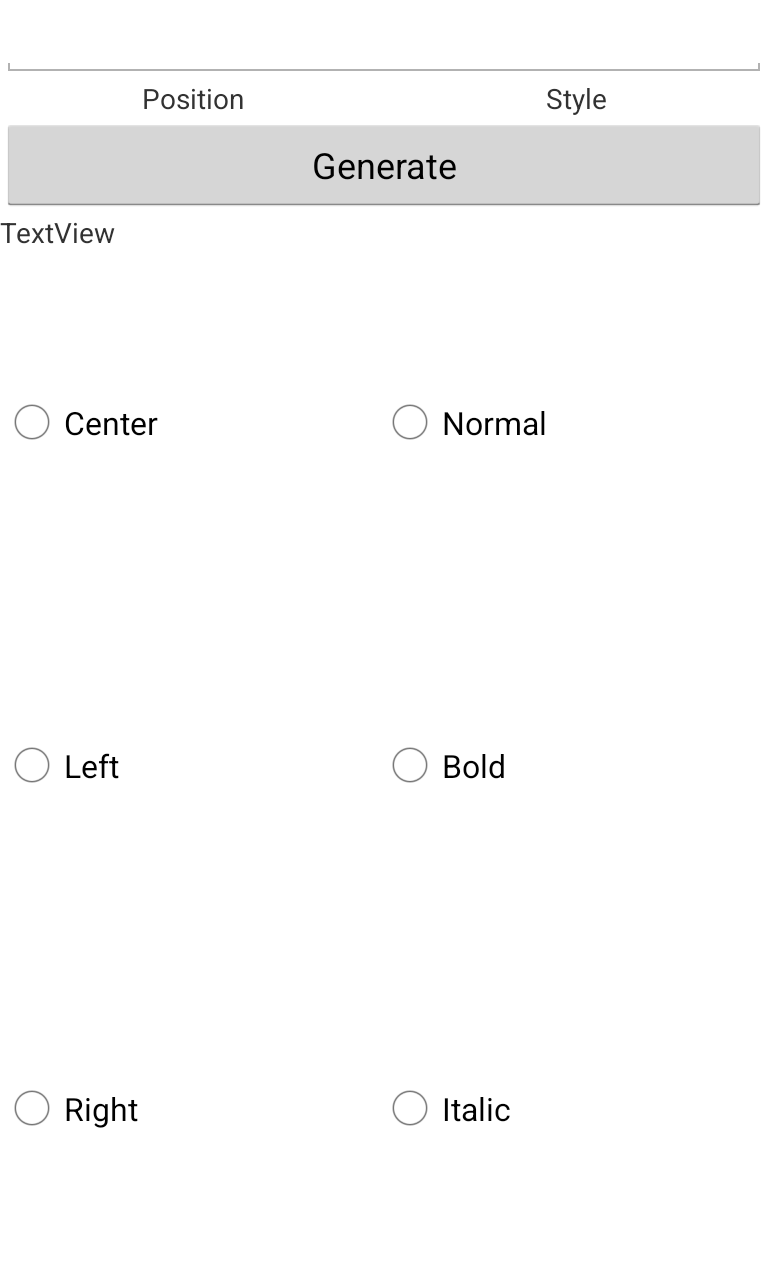
Repository: IgnacioRV/AndroidDev
Layout: ProjectYasuo/res/layout/adv_screen.xml
The author's editor kept a copy of each file at every save. The layout is drawn from the files as they stood at one save, then again after the next save.
It is drawn on a 768 x 1280 px phone screen (xhdpi) without system bars, with theme AppTheme; the app's code is not run.

Above is the layout before, as saved 2016-01-27 10:25:23.

### ProjectYasuo/res/layout/adv_screen.xml
<?xml version="1.0" encoding="utf-8"?>
<LinearLayout xmlns:android="http://schemas.android.com/apk/res/android"
    android:layout_width="match_parent"
    android:layout_height="match_parent"
    android:layout_marginTop="20dp"
    android:orientation="vertical" >

    <EditText
        android:id="@+id/editText1"
        android:layout_width="match_parent"
        android:layout_height="wrap_content"
        android:text=" " />

    <LinearLayout
        android:layout_width="match_parent"
        android:layout_height="wrap_content"
        android:orientation="horizontal"
        android:weightSum="2" >

        <TextView
            android:id="@+id/textView2"
            android:layout_width="fill_parent"
            android:layout_height="wrap_content"
            android:layout_weight="1"
            android:gravity="center"
            android:text="Position" />

        <TextView
            android:id="@+id/textView1"
            android:layout_width="fill_parent"
            android:layout_height="wrap_content"
            android:layout_weight="1"
            android:gravity="center"
            android:text="Style" />
    </LinearLayout>

    <Button
        android:id="@+id/bGen"
        android:layout_width="match_parent"
        android:layout_height="wrap_content"
        android:text="Generate" />

    <TextView
        android:id="@+id/tvNew"
        android:layout_width="match_parent"
        android:layout_height="wrap_content"
        android:text="TextView" />

    <LinearLayout
        android:layout_width="match_parent"
        android:layout_height="fill_parent"
        android:orientation="horizontal"
        android:weightSum="2" >

        <RadioGroup
            android:layout_width="wrap_content"
            android:layout_height="fill_parent"
            android:layout_weight="1"
            android:orientation="vertical"
            android:id="@+id/rg">

            <RadioButton
                android:id="@+id/rbCenter"
                android:layout_width="wrap_content"
                android:layout_height="fill_parent"
                android:layout_weight="1"
                android:text="Center" />

            <RadioButton
                android:id="@+id/rbLeft"
                android:layout_width="wrap_content"
                android:layout_height="fill_parent"
                android:layout_weight="1"
                android:text="Left" />

            <RadioButton
                android:id="@+id/rbRight"
                android:layout_width="wrap_content"
                android:layout_height="fill_parent"
                android:layout_weight="1"
                android:text="Right" />
        </RadioGroup>

        <RadioGroup
            android:layout_width="wrap_content"
            android:layout_height="fill_parent"
            android:layout_weight="1"
            android:orientation="vertical"
            android:id="@+id/rs" >

            <RadioButton
                android:id="@+id/rbNormal"
                android:layout_width="wrap_content"
                android:layout_height="fill_parent"
                android:layout_weight="1"
                android:text="Normal" />

            <RadioButton
                android:id="@+id/rbBold"
                android:layout_width="wrap_content"
                android:layout_height="fill_parent"
                android:layout_weight="1"
                android:text="Bold" />

            <RadioButton
                android:id="@+id/rbItalic"
                android:layout_width="wrap_content"
                android:layout_height="fill_parent"
                android:layout_weight="1"
                android:text="Italic" />
        </RadioGroup>
    </LinearLayout>



</LinearLayout>

Loaded but not shown: ProjectYasuo/res/values/styles.xml (common file); ProjectYasuo/res/values-v11/styles.xml (common file); ProjectYasuo/res/values-v14/styles.xml (common file)

After the next save:
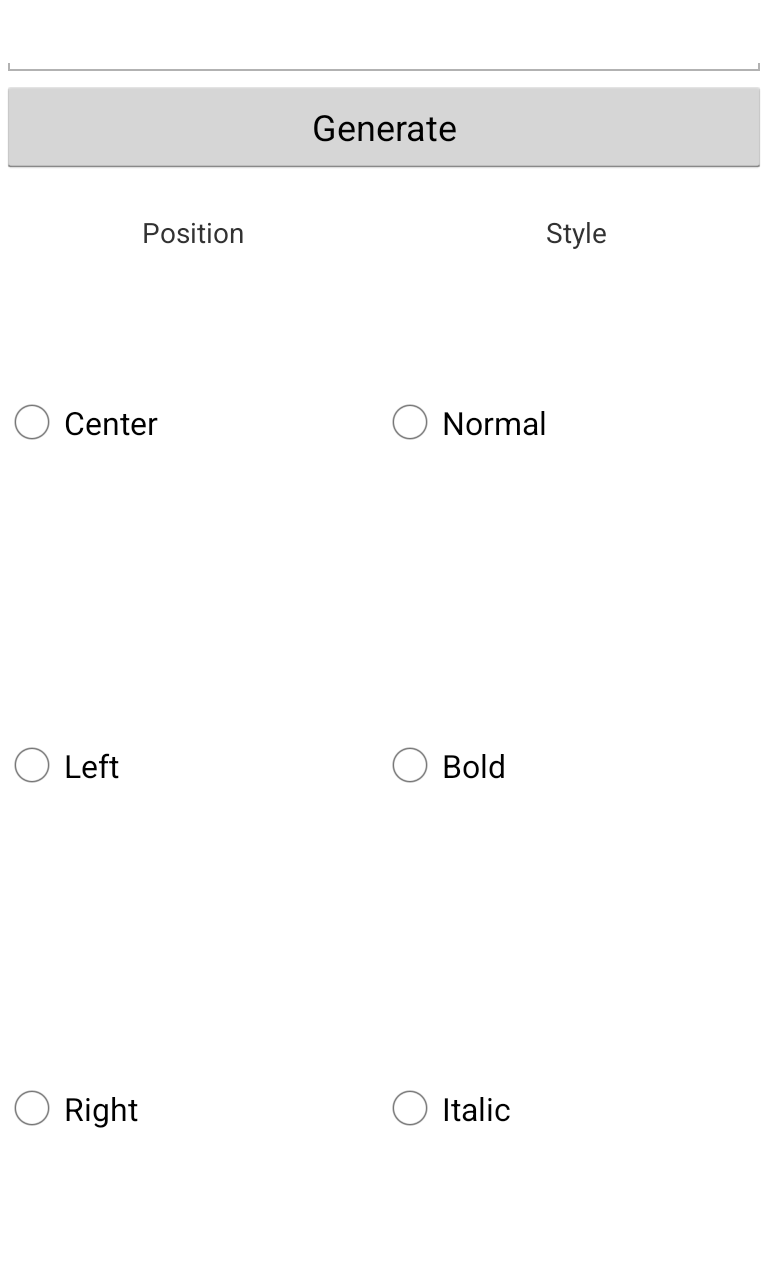
Saved 94 s later.
--- a/ProjectYasuo/res/layout/adv_screen.xml
+++ b/ProjectYasuo/res/layout/adv_screen.xml
@@ -10,6 +10,18 @@
         android:layout_width="match_parent"
         android:layout_height="wrap_content"
         android:text=" " />
+
+    <Button
+        android:id="@+id/bGen"
+        android:layout_width="match_parent"
+        android:layout_height="wrap_content"
+        android:text="Generate" />
+
+    <TextView
+        android:id="@+id/tvNew"
+        android:layout_width="match_parent"
+        android:layout_height="wrap_content"
+        android:text="" />
 
     <LinearLayout
         android:layout_width="match_parent"
@@ -33,18 +45,6 @@
             android:gravity="center"
             android:text="Style" />
     </LinearLayout>
-
-    <Button
-        android:id="@+id/bGen"
-        android:layout_width="match_parent"
-        android:layout_height="wrap_content"
-        android:text="Generate" />
-
-    <TextView
-        android:id="@+id/tvNew"
-        android:layout_width="match_parent"
-        android:layout_height="wrap_content"
-        android:text="TextView" />
 
     <LinearLayout
         android:layout_width="match_parent"
